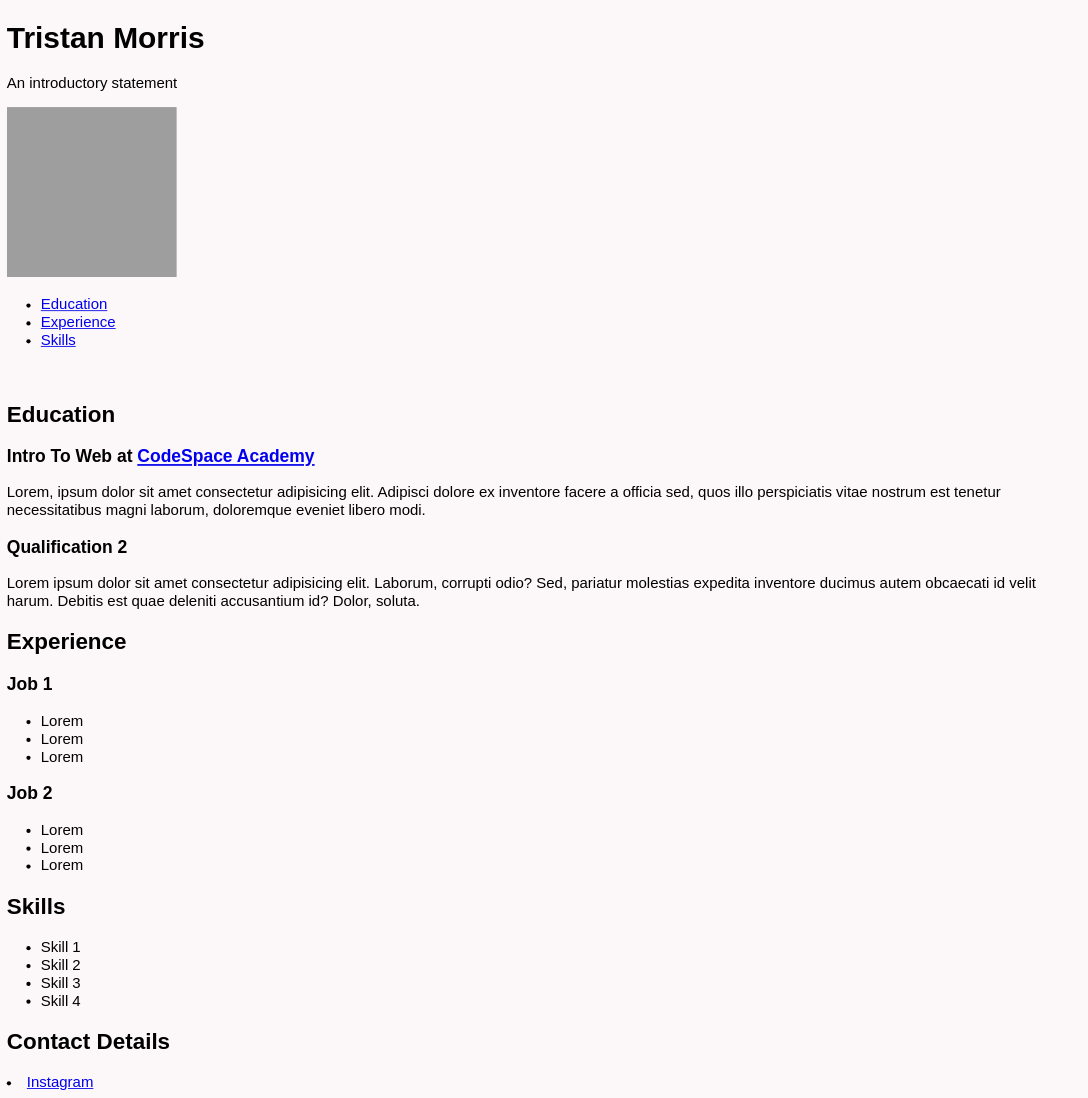
Repository: TristanKMorris/introToWebDesignAssignment
Page: resume1.html
The author's editor kept a copy of each file at every save. The page is drawn from the files as they stood at one save, then again after the next save.
The browser window is 1280 px wide. The pictures show the whole page, at 85% of full size.
Pictures or frames that could not be fetched are drawn as grey boxes.

Above is the page before, as saved 2022-05-31 13:00:17.

### resume1.html
<!DOCTYPE html>
<html lang="en">
  <head>
    <meta charset="UTF-8" />
    <meta http-equiv="X-UA-Compatible" content="IE=edge" />
    <meta name="viewport" content="width=device-width, initial-scale=1.0" />
    <title>My first web page</title>
    <link rel="stylesheet" type="text/css" href="css/stylesheet.css">
  </head>
  <body>
    <h1>Tristan Morris</h1>
    <p>An introductory statement</p>
    <img
      src="images/Tristan Portrait.png"
      alt="Tristan Morris Portrait"
      width="200"
      height="200"
    />
    <ul>
      <li><a href="#education">Education</a></li>
      <li><a href="#experience">Experience</a></li>
      <li><a href="#skills">Skills</a></li>
    </ul>
    <br />
    <h2 id="education">Education</h2>
    <h3>
      Intro To Web at <a href="http://codespace.co.za/">CodeSpace Academy</a>
    </h3>
    <p>
      Lorem, ipsum dolor sit amet consectetur adipisicing elit. Adipisci dolore
      ex inventore facere a officia sed, quos illo perspiciatis vitae nostrum
      est tenetur necessitatibus magni laborum, doloremque eveniet libero modi.
    </p>
    <h3>Qualification 2</h3>
    <p>
      Lorem ipsum dolor sit amet consectetur adipisicing elit. Laborum, corrupti
      odio? Sed, pariatur molestias expedita inventore ducimus autem obcaecati
      id velit harum. Debitis est quae deleniti accusantium id? Dolor, soluta.
    </p>
    <h2 id="experience">Experience</h2>
    <h3>Job 1</h3>
    <ul>
      <li>Lorem</li>
      <li>Lorem</li>
      <li>Lorem</li>
    </ul>
    <h3>Job 2</h3>
    <ul>
      <li>Lorem</li>
      <li>Lorem</li>
      <li>Lorem</li>
    </ul>
    <h2 id="skills">Skills</h2>
    <ul>
      <li>Skill 1</li>
      <li>Skill 2</li>
      <li>Skill 3</li>
      <li>Skill 4</li>
    </ul>
    <h2>Contact Details</h2>
    <li><a href="http://www.instagram.com/tristan_k_morris">Instagram</a></li>
  </body>
</html>

### css/stylesheet.css
body{
  font-family: sans-serif;
  font-size:110%;
  background-color: #FCF7F8;
}

header {
  text-align: center;
}

footer {
  background-color: #343330;
  text-align: center;
}

After the next save:
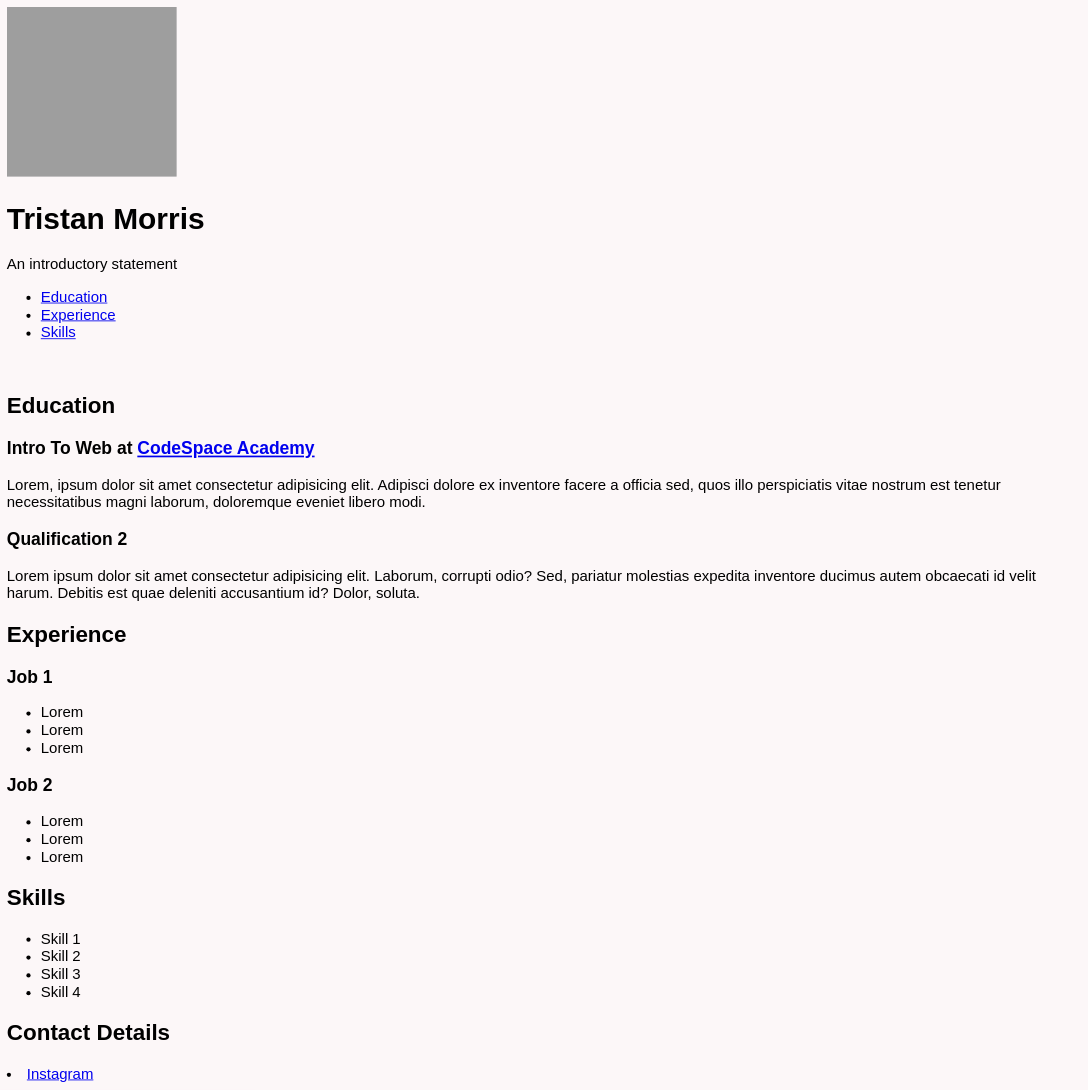
Saved 2 min 13 s later.
--- a/resume1.html
+++ b/resume1.html
@@ -8,14 +8,15 @@
     <link rel="stylesheet" type="text/css" href="css/stylesheet.css">
   </head>
   <body>
-    <h1>Tristan Morris</h1>
-    <p>An introductory statement</p>
-    <img
+     <img
       src="images/Tristan Portrait.png"
       alt="Tristan Morris Portrait"
       width="200"
       height="200"
     />
+    <h1>Tristan Morris</h1>
+    <p>An introductory statement</p>
+
     <ul>
       <li><a href="#education">Education</a></li>
       <li><a href="#experience">Experience</a></li>
